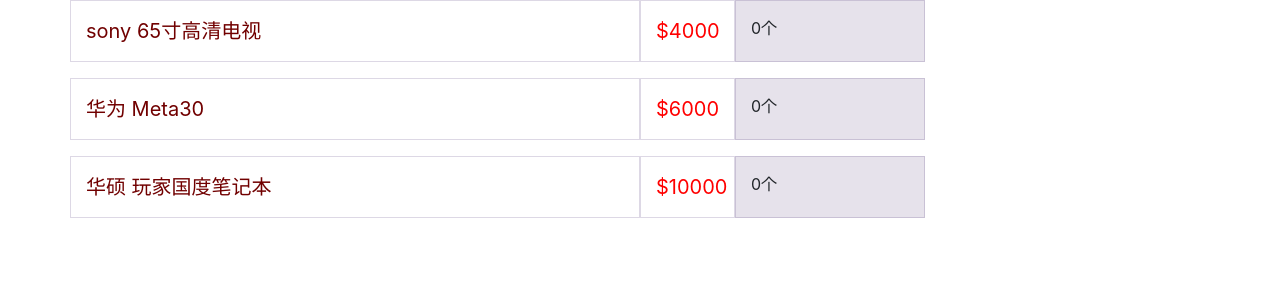
Repository: cuilongshui/reaact_dom
Page: /
An editor plug-in stored every save of this project. The page is shown before and after the next save, followed by the edit.
The browser window is 1280 px wide. The pictures show the whole page.
The project was rebuilt for these pictures with package versions that can differ from the ones it lists, and the page was loaded fresh each time. Also part of the build but not shown: src/App.css.

Above is the page before, as saved 2020-12-10 23:46:22.

### public/index.html
<!DOCTYPE html>
<html lang="en">
  <head>
    <meta charset="utf-8" />
    <link rel="icon" href="%PUBLIC_URL%/favicon.ico" />
    <meta name="viewport" content="width=device-width, initial-scale=1" />
    <meta name="theme-color" content="#000000" />
    <meta
      name="description"
      content="Web site created using create-react-app"
    />

    <title>React App</title>
  </head>
  <body>
    <noscript>You need to enable JavaScript to run this app.</noscript>
    <div id="root"></div>
  </body>
</html>

### src/index.js
/*
 * @Author: your name
 * @Date: 2020-12-04 23:02:56
 * @LastEditTime: 2020-12-09 22:44:31
 * @LastEditors: Please set LastEditors
 * @Description: In User Settings Edit
 * @FilePath: \my-app\src\index.js
 */
import React from 'react';
import ReactDOM from 'react-dom';
import './index.css';
import "bootstrap/dist/css/bootstrap.css";
import App from './App';


ReactDOM.render(
  <App/>,
  document.getElementById('root')
);

### src/index.css
body {
  margin: 0;
  font-family: -apple-system, BlinkMacSystemFont, 'Segoe UI', 'Roboto', 'Oxygen',
    'Ubuntu', 'Cantarell', 'Fira Sans', 'Droid Sans', 'Helvetica Neue',
    sans-serif;
  -webkit-font-smoothing: antialiased;
  -moz-osx-font-smoothing: grayscale;
}

code {
  font-family: source-code-pro, Menlo, Monaco, Consolas, 'Courier New',
    monospace;
}

.themed-grid-col {
  padding-top: 15px;
  padding-bottom: 15px;
  background-color: rgba(255,255,255);
  border: 1px solid rgba(86, 61, 124, .2);
}

.themed-grid-col-s {
  padding-top: 15px;
  padding-bottom: 15px;
  background-color: rgba(86, 61, 124, .15);
  border: 1px solid rgba(86, 61, 124, .2);
}

### src/App.js
import "./App.css";
import ListItem from "./components/listItem";
import React, { Component } from 'react';
// import ListItem from './components/listItemFunc'

const listData = [
  {
    id: 1,
    title: "sony 65寸高清电视",
    price: 4000,
  },
  {
    id: 2,
    title: "华为 Meta30",
    price: 6000,
  },
  {
    id: 3,
    title: "华硕 玩家国度笔记本",
    price: 10000,
  },
];

class App extends Component {
  randerList() {
    // if (!listData.length) {
    //   return <div className='text-center'>购物车是空的</div>
    // }
    return listData.map(item => {
      return <ListItem key={item.id} data={item} />
    })
  }

  render() {

    return (
      //  <React.Fragments></React.Fragments>
      // 包含子元素无需生成多余的子节点  简写为---->  <></>
      <>
        <div className="container">
          {!listData.length && <div className='text-center'>购物车是空的</div>}
          {this.randerList()}
        </div>
      </>
    );
  }
}

export default App;

### src/components/listItem.jsx
/*
 * @Author: cui
 * @Date: 2020-12-09 20:45:07
 * @LastEditors: cui
 * @LastEditTime: 2020-12-10 23:46:21
 * @Description:
 */
import React, { Component } from "react";
import './listItem.css'


let count = 0;

class ListItem extends Component {

  constructor(props) {
    super()
  }

  manageCount() {
    return count + '个'
  }


  render() {
    return (
      <div className="row mb-3">
        <div className="col-6 themed-grid-col">
          <span style={{color:'#710000',fontSize:'20px'}}>
          {this.props.data.title}
          </span>
        </div>
        <div className="col-1 themed-grid-col">
        <span className='title'>${this.props.data.price}</span>
        </div>
        <div className={`col-2 themed-grid-col${count ? '' : '-s'}`}>{this.manageCount()} </div>
      </div>
    );
  }
}
export default ListItem;

### src/components/listItem.css
.title{
  font-size: 20px;
  color: red;
}

After the next save:
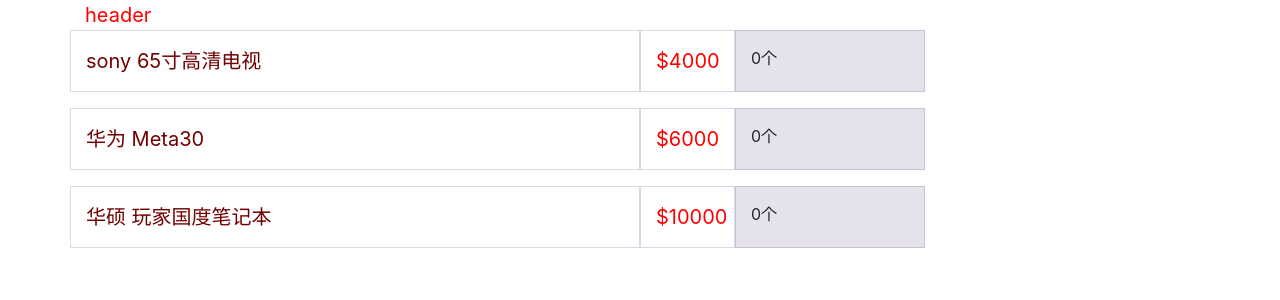
Saved 88 s later.
--- a/src/App.js
+++ b/src/App.js
@@ -38,6 +38,7 @@
       // 包含子元素无需生成多余的子节点  简写为---->  <></>
       <>
         <div className="container">
+          <span className='title'>header</span>
           {!listData.length && <div className='text-center'>购物车是空的</div>}
           {this.randerList()}
         </div>
